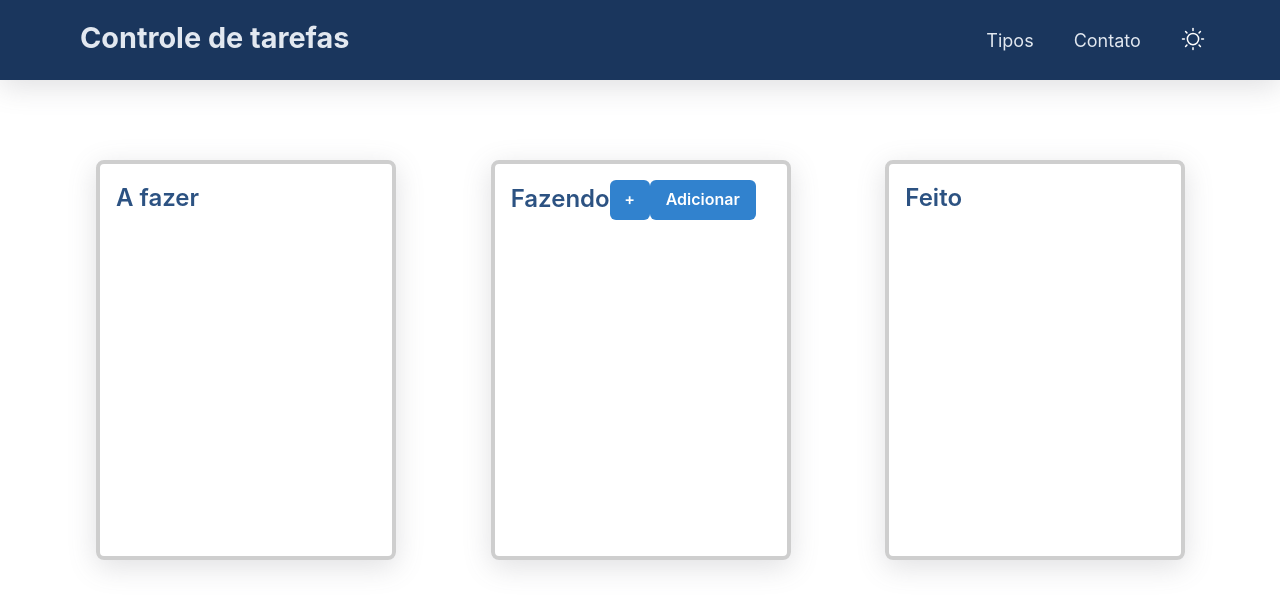
Repository: leosulzbach/Hackaton-Relampago
Page: /home (app in Front/)
An editor plug-in stored every save of this project. The page is shown before and after the next save, followed by the edit.
The browser window is 1280 px wide. The pictures show the whole page.
The page's requests for data from a server got no answer. The project was rebuilt for these pictures with package versions that can differ from the ones it lists, and the page was loaded fresh each time. No one was signed in, and anything a server would have sent is missing. Also part of the build but not shown: Front/vite.config.ts.

Above is the page before, as saved 2022-11-07 16:21:41.

### Front/src/App.tsx
import { ChakraProvider, theme } from "@chakra-ui/react"
import { BrowserRouter } from "react-router-dom"
import { Router } from "./Routes/Router"



function App() {
  return(
    <ChakraProvider theme={theme}>
    <BrowserRouter>
      <Router />
    </BrowserRouter>
  </ChakraProvider>
  )
}

export default App

### Front/src/Routes/Router.tsx
import { Routes, Route } from "react-router-dom";
import { Home } from "../Pages/home";


export function Router() {
  return (
    <Routes>
      <Route path="/home" element={<Home />} />
     </Routes>
  );
}

### Front/src/Pages/home.tsx
import { Box, Button, Flex, Grid, Text } from '@chakra-ui/react'
import axios from 'axios';
import { CalendarPlus } from 'phosphor-react';
import { useEffect, useState } from 'react';
import { Header } from '../Components/Header'


export interface Cadastro {
    id: number;
    descricao: string;
    situacao: string;
    data_vencimento: string;
    prioridade: string;
    email: string

}

export const Home = () => {

        const [CadastroList, setCadastroList] = useState<Cadastro[]>([]);
        const [CadastroFilter, setCadastroFilter] = useState<Cadastro[]>(CadastroList);


        useEffect(() => {
            axios.get<Cadastro[]>("http://localhost:3000/tarefas").then((response) => {
                setCadastroList(response.data);
            });
        }, []);


        const [tarefa, settarefa] = useState<any>();




        useEffect(() => {


            setCadastroFilter(

                CadastroList);
        }, [CadastroList])


    return (
        <Flex>
            <Header />


            <Grid
                templateColumns='repeat(3, 1fr)'
                ml={"6rem"}
                mt={"10rem"}
                alignItems={"center"}
                width='100%'
                height="100%"
            >
                <Box
                    border={"4px solid #cecece"}
                    boxShadow={"rgba(100, 100, 111, 0.2) 0px 7px 29px 0px"}
                    borderRadius={8}
                    w={"300px"}
                    h={"400px"}
                >
                    <Text
                        p={"1rem"}
                        fontSize={"1.5rem"}
                        fontWeight={"semibold"}
                        color={"blue.700"}
                    >A fazer</Text>

                </Box>
                <Box
                    border={"4px solid #cecece"}
                    boxShadow={"rgba(100, 100, 111, 0.2) 0px 7px 29px 0px"}
                    borderRadius={8}
                    w={"300px"}
                    h={"400px"}>
                    <Text
                        p={"1rem"}
                        fontSize={"1.5rem"}
                        fontWeight={"semibold"}
                        color={"blue.700"}
                    >Fazendo
                     <Button
                      colorScheme='blue'
                      w={"2rem"}
                       >+</Button>
                     <Button colorScheme='blue'>Adicionar</Button></Text>
                </Box>
                <Box
                    border={"4px solid #cecece"}
                    boxShadow={"rgba(100, 100, 111, 0.2) 0px 7px 29px 0px"}
                    borderRadius={8}
                    w={"300px"}
                    h={"400px"}>
                    <Text
                        p={"1rem"}
                        fontSize={"1.5rem"}
                        fontWeight={"semibold"}
                        color={"blue.700"}
                    >Feito</Text>
                </Box>

            </Grid>
        </Flex>
    )

}

### Front/src/Components/Header.tsx
import { Box, Flex, Input, Link, Text } from "@chakra-ui/react";
import { Sun } from "phosphor-react";



export const Header = () => {
    return (
        <Flex

            as="header"
            w="100%"
            h="20"
            justify="space-between"

            borderBottomWidth={1}
            borderColor="blue.900"
            bg="blue.900"
            position={"fixed"}
            boxShadow="rgba(100, 100, 111, 0.2) 0px 7px 29px 0px"
        >
            <Flex
                p="1rem"
                justify="flex-start"
                ml="4rem"
            >
                <Text
                    fontSize="1.8rem"
                    fontWeight="bold"
                    color="gray.200"
                >
                    Controle de tarefas
                </Text>
            </Flex>
            <Flex
                p="1.7rem"
                mr="3rem"
                justify="flex-end"
                gap={10}
            >

                <Link

                    href="/sobre"
                    color="gray.200"
                    fontSize={18}
                    _hover={{
                        borderBottom: '4px solid  blue', transition: 'all 0.3s ease-out', transform: 'translate(-11px, 0px)'
                    }}
                >
                    Tipos
                </Link>
                <Link
                    href="/contato"
                    color="gray.200"
                    fontSize={18}
                    _hover={{
                        borderBottom: '4px solid  blue', transition: 'all 0.3s ease-out', transform: 'translate(-11px, 0px)'
                    }}

                >
                    Contato
                </Link>
                <Sun size={24} color={"white"} />
            </Flex>



        </Flex>
    );
}

Loaded but not shown: Front/index.html (common file); Front/src/main.tsx (common file)

After the next save:
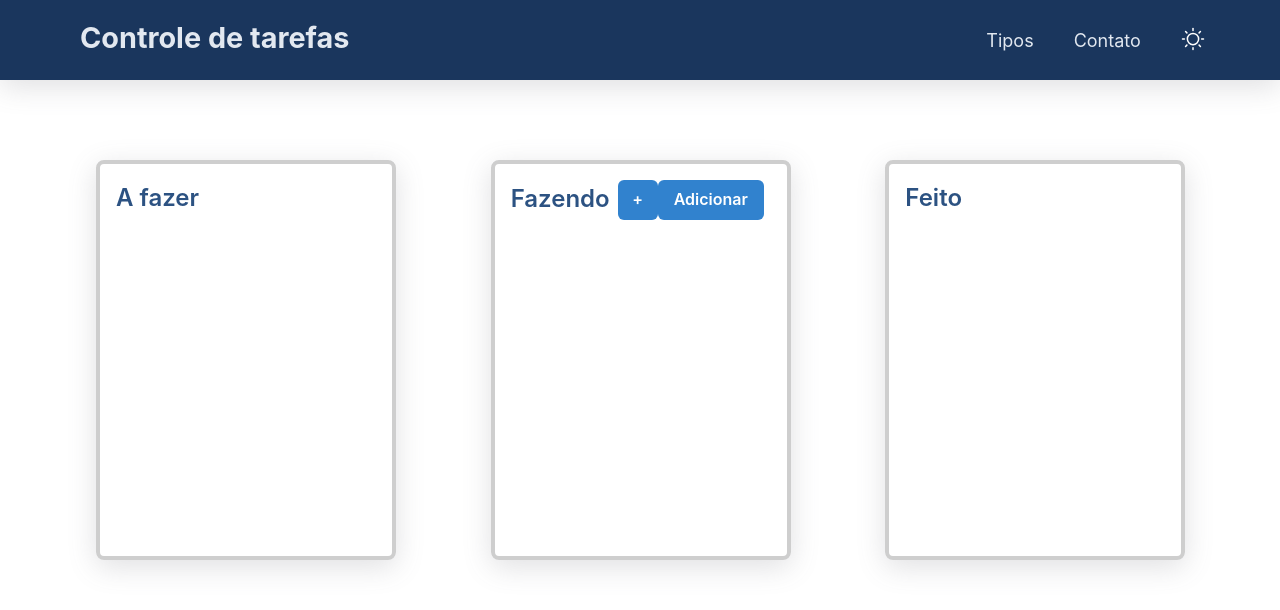
Saved 95 s later.
--- a/Front/src/Pages/home.tsx
+++ b/Front/src/Pages/home.tsx
@@ -85,7 +85,9 @@ export const Home = () => {
                      <Button
                       colorScheme='blue'
                       w={"2rem"}
+                    ml={2}
                        >+</Button>
+
                      <Button colorScheme='blue'>Adicionar</Button></Text>
                 </Box>
                 <Box
